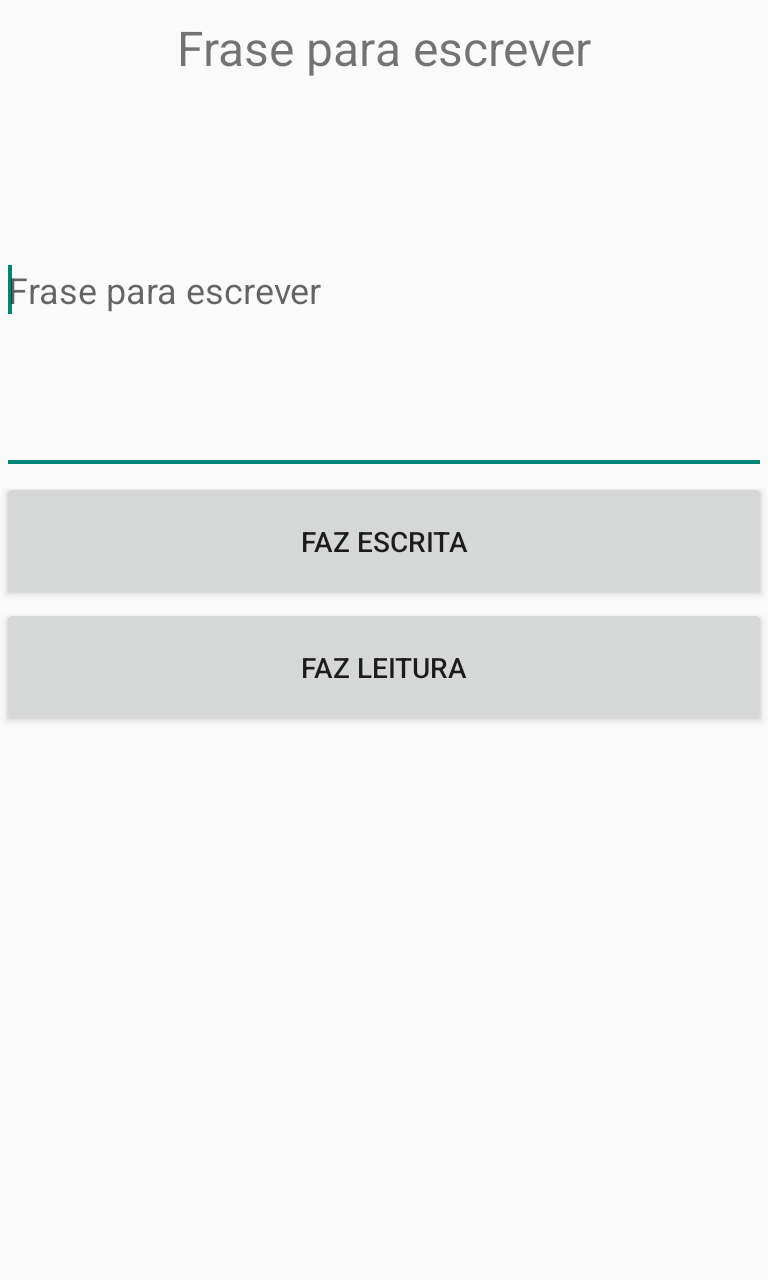
Repository: gokugohan/ddm
Layout: FileSystem1/res/layout/activity_main.xml
These files come from the project's save history. The layout is drawn as it stood at one moment and after a run of saves; the edit follows.
It is drawn on a 768 x 1280 px phone screen (xhdpi) without system bars, with theme AppTheme; the app's code is not run.

Above is the layout before, as saved 2014-11-26 11:06:10.

### FileSystem1/res/layout/activity_main.xml
<LinearLayout xmlns:android="http://schemas.android.com/apk/res/android"
    xmlns:tools="http://schemas.android.com/tools"
    android:layout_width="match_parent"
    android:layout_height="match_parent"
    android:orientation="vertical"
    android:weightSum="3"
    tools:context="com.example.filesystem1.MainActivity" >


    <TextView
        android:id="@+id/id_tv_frase"
        android:layout_width="match_parent"
        android:layout_height="wrap_content"
        android:layout_weight="0.1"
        android:textSize="24sp"
        android:gravity="center"
        android:text="@string/str_frase" />

    <EditText
        android:id="@+id/id_et_frase"
        android:layout_width="match_parent"
        android:layout_weight="1"
        android:layout_height="wrap_content"
        android:inputType="textMultiLine"
        android:hint="@string/str_frase" >

        <requestFocus />
    </EditText>

    <Button android:id="@+id/id_btn_escrever"
        android:layout_width="match_parent"
        android:layout_weight="0.1"
        android:layout_height="wrap_content"
        android:text="@string/str_faz_escrita"
        />

    <Button android:id="@+id/id_btn_ler"
        android:layout_width="match_parent"
        android:layout_weight="0.1"
        android:layout_height="wrap_content"
        android:text="@string/str_faz_leitura"
        />

    <TextView
        android:id="@+id/id_tv_frase_leitura"
        android:layout_width="match_parent"
        android:layout_height="wrap_content"
        android:layout_weight="0.1"
        android:gravity="center"/>
</LinearLayout>

### FileSystem1/res/values/strings.xml
<?xml version="1.0" encoding="utf-8"?>
<resources>

    <string name="app_name">File System 1</string>
    <string name="hello_world">Hello world!</string>
    <string name="action_settings">Settings</string>
    <string name="str_frase" >Frase para escrever</string>
	<string name="str_faz_escrita">Faz escrita</string>
	<string name="str_faz_leitura">Faz leitura</string>
</resources>

Loaded but not shown: FileSystem1/res/values/styles.xml (common file); FileSystem1/res/values-v11/styles.xml (common file); FileSystem1/res/values-v14/styles.xml (common file)

After the next 6 saves:
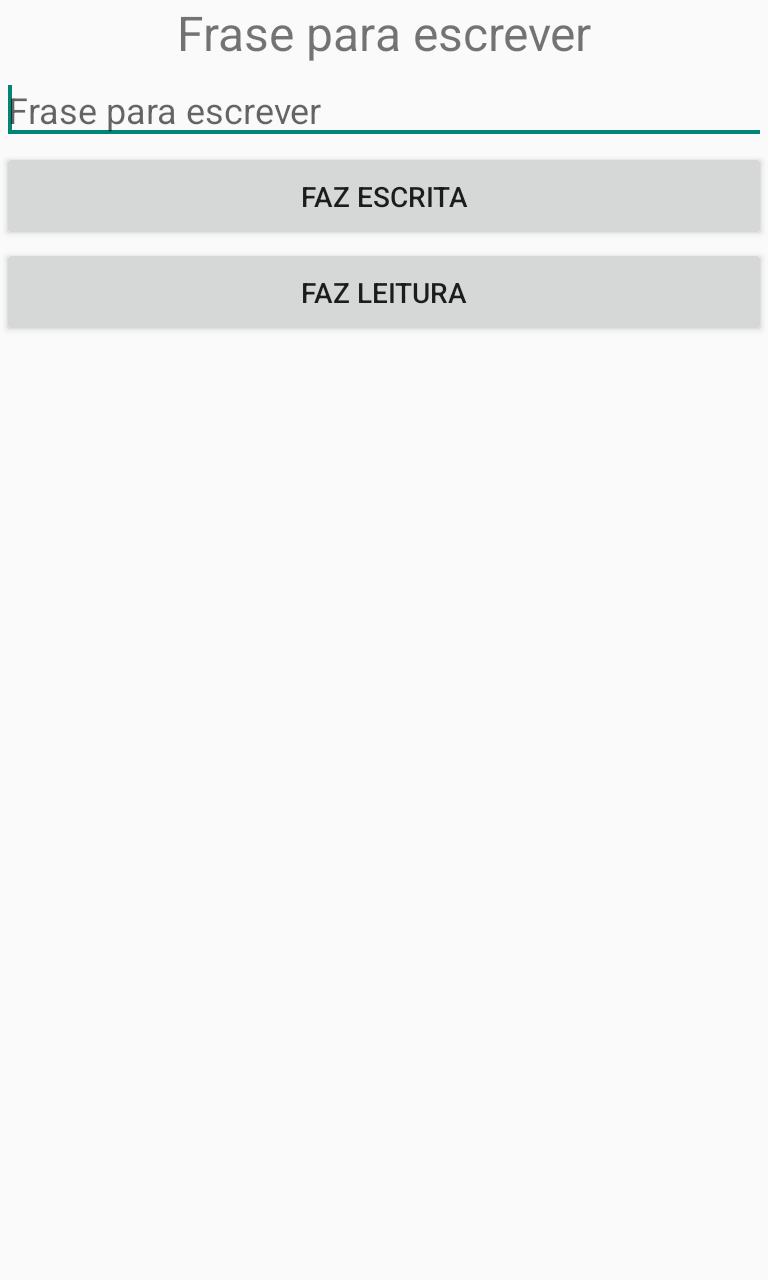
The 6 saves are shown as one change because 5 did not build or start.
The last was saved 70 s later.
--- a/FileSystem1/res/layout/activity_main.xml
+++ b/FileSystem1/res/layout/activity_main.xml
@@ -1,13 +1,14 @@
-<LinearLayout xmlns:android="http://schemas.android.com/apk/res/android"
+<ScrollView xmlns:android="http://schemas.android.com/apk/res/android"
     xmlns:tools="http://schemas.android.com/tools"
     android:layout_width="match_parent"
     android:layout_height="match_parent"
-    android:orientation="vertical"
-    android:weightSum="3"
     tools:context="com.example.filesystem1.MainActivity" >
 
-
-    <TextView
+    <LinearLayout android:layout_width="match_parent"
+        android:layout_height="match_parent"
+        android:orientation="vertical"
+        android:weightSum="3">
+        <TextView
         android:id="@+id/id_tv_frase"
         android:layout_width="match_parent"
         android:layout_height="wrap_content"
@@ -47,4 +48,6 @@
         android:layout_height="wrap_content"
         android:layout_weight="0.1"
         android:gravity="center"/>
-</LinearLayout>
+    </LinearLayout>
+
+</ScrollView>
